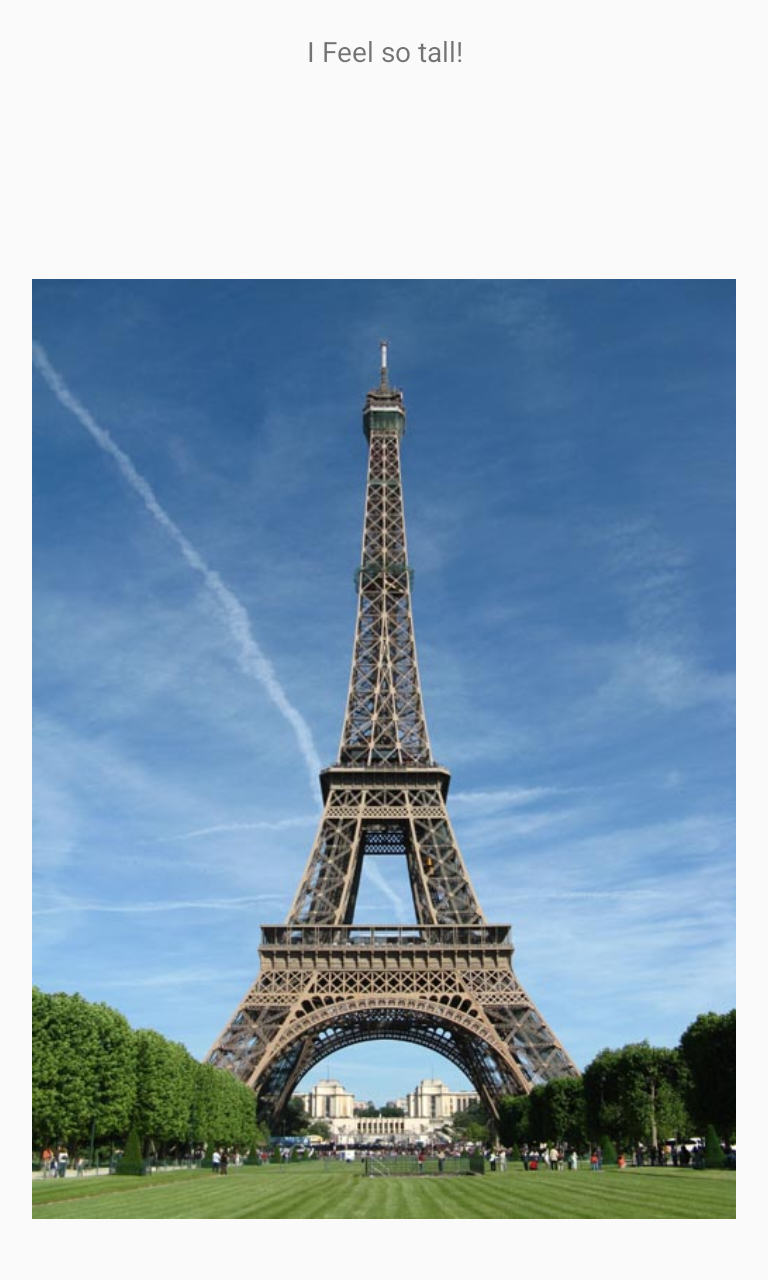
Repository: Smahane/Android_CST407
Layout: HomeWork2/HomeWork2_Resources_State/res/layout/fragment_opinion.xml
An editor plug-in stored every save of this project. The layout is shown before and after the next save, followed by the edit.
It is drawn on a 768 x 1280 px phone screen (xhdpi) without system bars, with theme AppTheme; the app's code is not run.

Above is the layout before, as saved 2014-07-20 17:43:10.

### HomeWork2/HomeWork2_Resources_State/res/layout/fragment_opinion.xml
<RelativeLayout xmlns:android="http://schemas.android.com/apk/res/android"
    xmlns:tools="http://schemas.android.com/tools"
    android:layout_width="match_parent"
    android:layout_height="match_parent"
    android:paddingBottom="@dimen/activity_vertical_margin"
    android:paddingLeft="@dimen/activity_horizontal_margin"
    android:paddingRight="@dimen/activity_horizontal_margin"
    android:paddingTop="@dimen/activity_vertical_margin"
    tools:context="com.example.homework2_resources.OpinionActivity$PlaceholderFragment" >

    <TextView
        android:id="@+id/textView1"
        android:layout_width="match_parent"
        android:layout_height="wrap_content"
        android:gravity="center"
        android:text="@string/portrait" />

    <ImageView
        android:id="@+id/imageView1"
        android:layout_width="wrap_content"
        android:layout_height="wrap_content"
        android:layout_alignLeft="@+id/textView1"
        android:layout_below="@+id/textView1"
        android:layout_marginTop="90dp"
        android:layout_centerHorizontal="true"
        android:src="@drawable/eiffeltower" />

</RelativeLayout>

### HomeWork2/HomeWork2_Resources_State/res/values/strings.xml
<?xml version="1.0" encoding="utf-8"?>
<resources>

    <string name="app_name">HomeWork2_Resources</string>
    <string name="portrait">I Feel so tall!</string>
    <string name="action_settings">Settings</string>
    <string name="land_txt">the world looks flat</string>
    <string name="EiffelTowerImage">Eiffel Tower</string>

</resources>

Loaded but not shown: HomeWork2/HomeWork2_Resources_State/res/values/styles.xml (common file); HomeWork2/HomeWork2_Resources_State/res/values-v11/styles.xml (common file); HomeWork2/HomeWork2_Resources_State/res/values-v14/styles.xml (common file); HomeWork2/HomeWork2_Resources_State/res/values/dimens.xml (common file); HomeWork2/HomeWork2_Resources_State/res/values-w820dp/dimens.xml (common file)

After the next save:
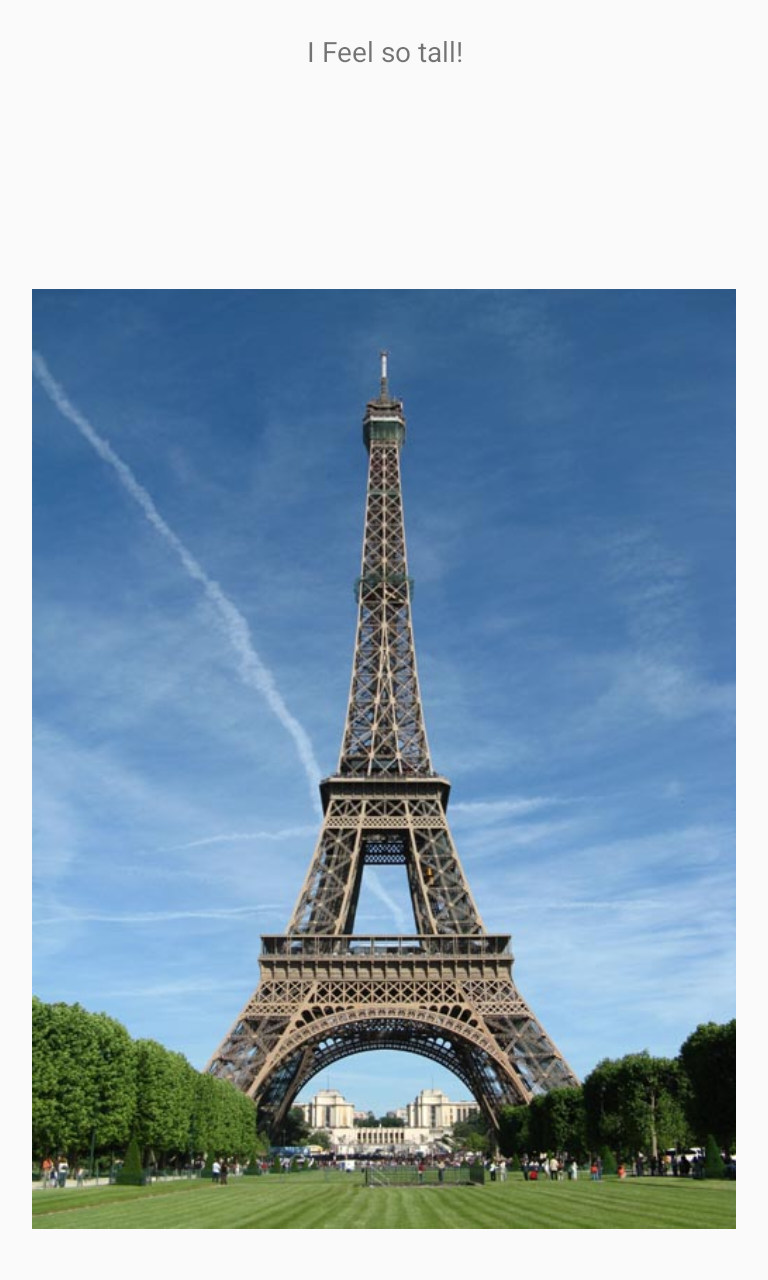
Saved 11 s later.
--- a/HomeWork2/HomeWork2_Resources_State/res/layout/fragment_opinion.xml
+++ b/HomeWork2/HomeWork2_Resources_State/res/layout/fragment_opinion.xml
@@ -21,7 +21,7 @@
         android:layout_height="wrap_content"
         android:layout_alignLeft="@+id/textView1"
         android:layout_below="@+id/textView1"
-        android:layout_marginTop="90dp"
+        android:layout_marginTop="100dp"
         android:layout_centerHorizontal="true"
         android:src="@drawable/eiffeltower" />
 
